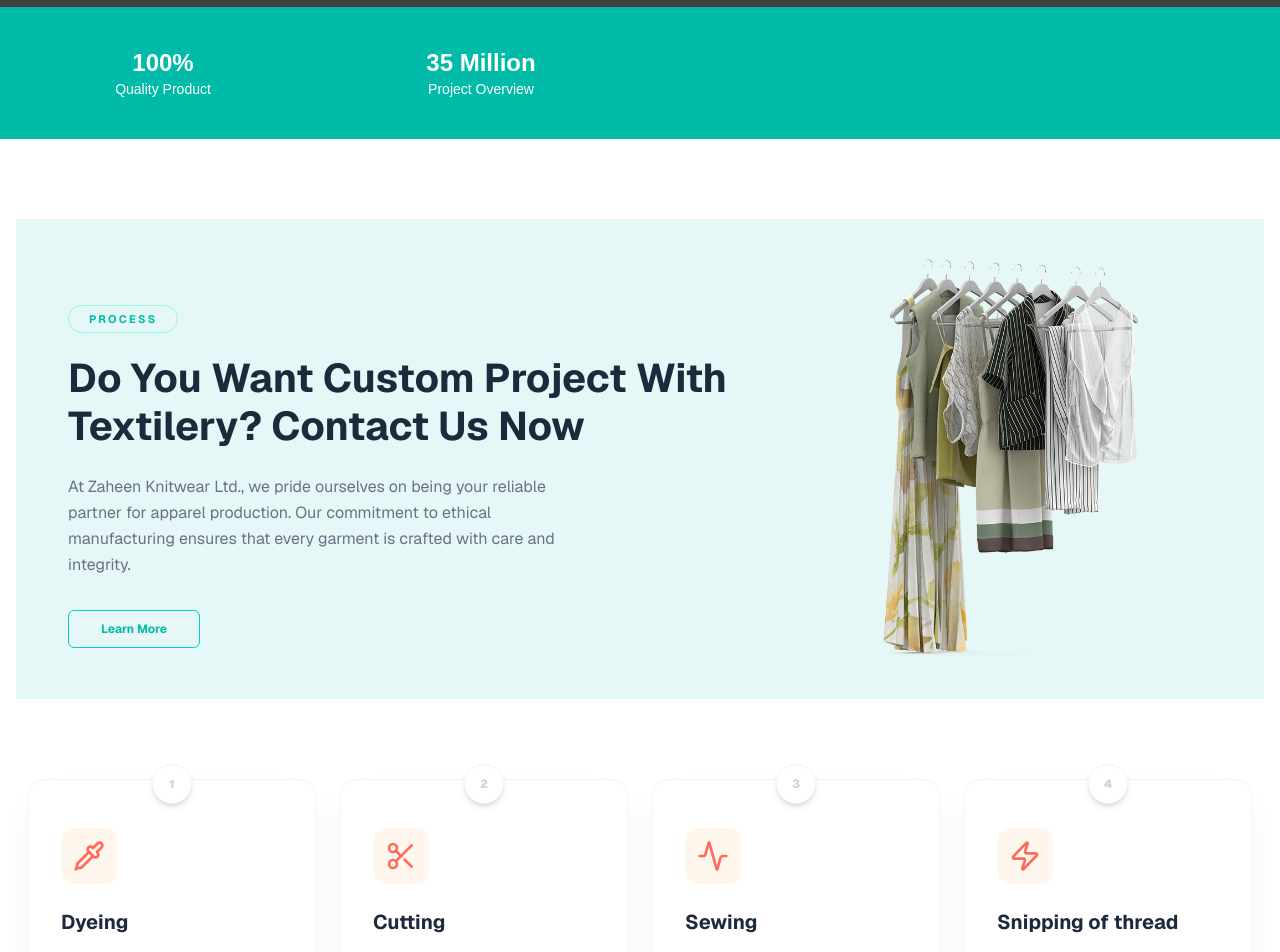
Repository: mdmuhibullahhabib/fullstack-assessment
Page: /
An editor plug-in stored every save of this project. The page is shown before and after the next save, followed by the edit.
The browser window is 1280 px wide. The pictures show the part of the page from y = 571 to 1523 px (the page is 3025 px tall).
Pictures or frames that could not be fetched are drawn as grey boxes. The project was rebuilt for these pictures with package versions that can differ from the ones it lists, and the page was loaded fresh each time. The framework's server and built-in components were replaced by stand-ins that run in the browser. Also part of the build but not shown: next.config.mjs.

Above is the page before, as saved 2025-12-27 10:00:05.

After the next save:
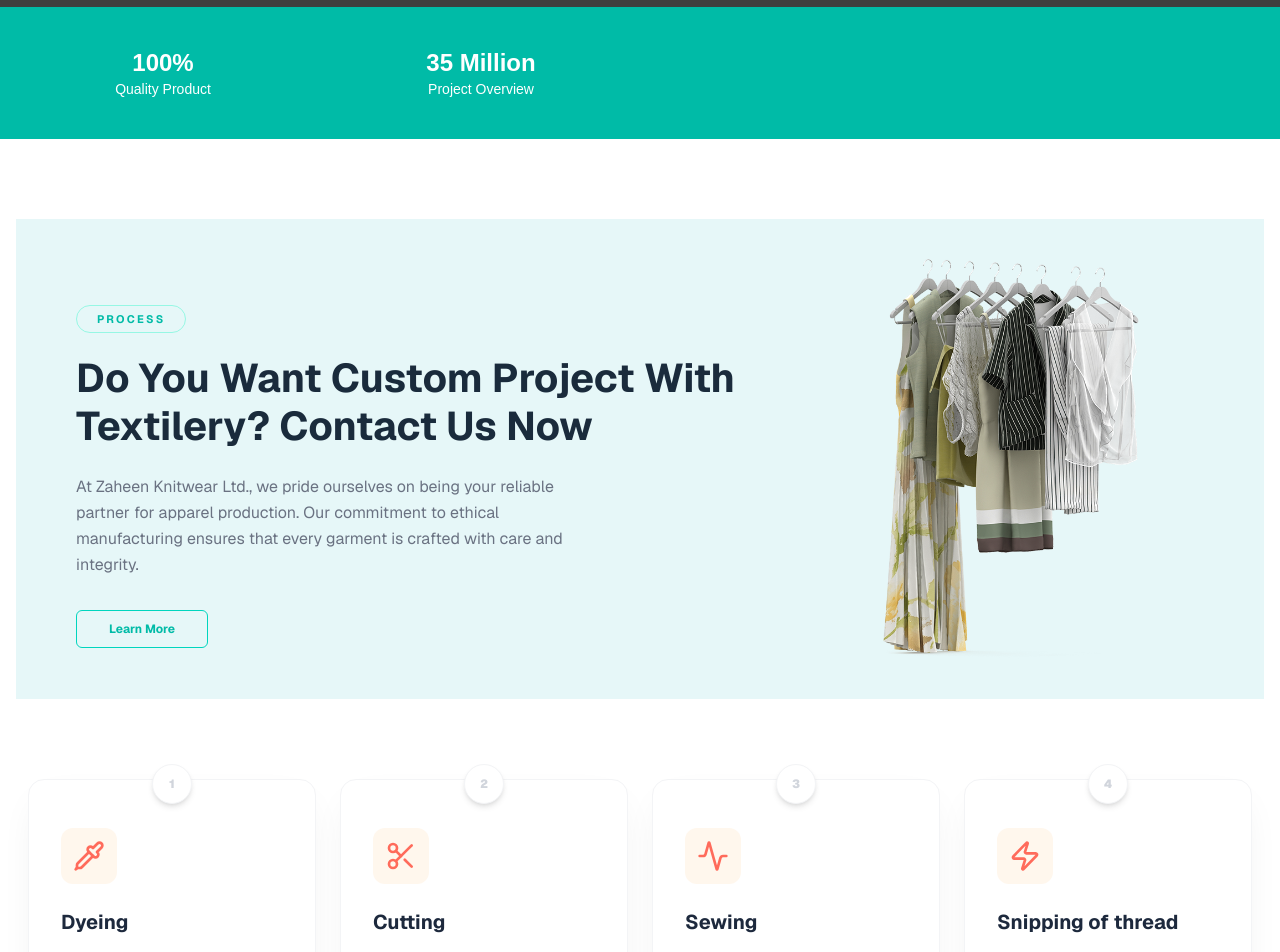
Saved 7 s later.
--- a/src/components/home/CustomProcess.jsx
+++ b/src/components/home/CustomProcess.jsx
@@ -32,7 +32,7 @@
                         }}
                     >
                         <div
-                        className="ml-8"
+                        className="ml-10"
                         >
                             <div className="mb-6">
                                 <span className="px-5 py-1.5 rounded-full border border-teal-200 text-teal-500 text-[11px] font-bold uppercase tracking-[0.2em]">
